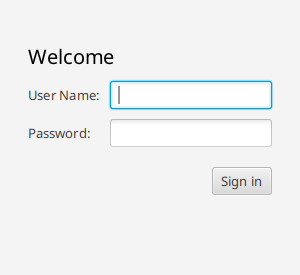
Repository: Naif6003/SDES_javafx
Program's window: java SDESjavafx/src/application/Main.java
The author's editor kept a copy of each file at every save. The program's window is drawn from the files as they stood at one save, then again after the next save.
It runs on Java 21 on a 1366 x 768 screen with JavaFX 11; the title bar is not drawn.

Above is the program's window before, as saved 2017-10-31 16:33:42.

### SDESjavafx/src/application/Main.java
package application;

import javafx.application.Application;
import javafx.event.ActionEvent;
import javafx.event.EventHandler;
import javafx.geometry.Insets;
import javafx.geometry.Pos;
import javafx.scene.Scene;
import javafx.scene.control.Button;
import javafx.scene.control.Label;
import javafx.scene.control.PasswordField;
import javafx.scene.control.TextField;
import javafx.scene.layout.GridPane;
import javafx.scene.layout.HBox;
import javafx.scene.paint.Color;
import javafx.scene.text.Font;
import javafx.scene.text.FontWeight;
import javafx.scene.text.Text;
import javafx.stage.Stage;


public class Main extends Application {

	public static void main(String[] args) {
		launch(args);
	}
	@Override
    public void start(Stage primaryStage) {

        primaryStage.setTitle("SDES");
        GridPane gd = new GridPane();
        gd.setAlignment(Pos.CENTER);
        gd.setHgap(10);
        gd.setVgap(10);
        gd.setPadding(new Insets(25, 25, 25, 25));


        Scene scene = new Scene(gd, 300, 275);
        primaryStage.setScene(scene);

        Text scenetitle = new Text("Welcome");
        scenetitle.setFont(Font.font("Tahoma", FontWeight.NORMAL, 20));
        gd.add(scenetitle, 0, 0, 2, 1);

        Label userName = new Label("User Name:");
        gd.add(userName, 0, 1);



        TextField userTextField = new TextField();
        gd.add(userTextField, 1, 1);

        Label pw = new Label("Password:");
        gd.add(pw, 0, 2);

        PasswordField pwBox = new PasswordField();
        gd.add(pwBox, 1, 2);


        Button btn = new Button("Sign in");
        HBox hbBtn = new HBox(10);
        hbBtn.setAlignment(Pos.BOTTOM_RIGHT);
        hbBtn.getChildren().add(btn);
        gd.add(hbBtn, 1, 4);

        final Text actiontarget = new Text();
        gd.add(actiontarget, 1, 6);

        btn.setOnAction(new EventHandler<ActionEvent>() {

            @Override
            public void handle(ActionEvent e) {
                actiontarget.setFill(Color.FIREBRICK);
                actiontarget.setText("Sign in button pressed");
                System.out.println(userTextField.getText());
            }
        });

        primaryStage.show();

    }
}

After the next save:
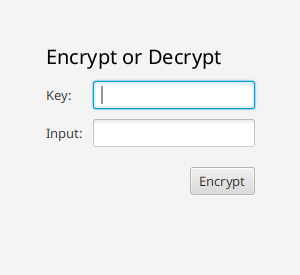
Saved 115 s later.
--- a/SDESjavafx/src/application/Main.java
+++ b/SDESjavafx/src/application/Main.java
@@ -38,11 +38,11 @@
         Scene scene = new Scene(gd, 300, 275);
         primaryStage.setScene(scene);
 
-        Text scenetitle = new Text("Welcome");
+        Text scenetitle = new Text("Encrypt or Decrypt");
         scenetitle.setFont(Font.font("Tahoma", FontWeight.NORMAL, 20));
         gd.add(scenetitle, 0, 0, 2, 1);
 
-        Label userName = new Label("User Name:");
+        Label userName = new Label("Key: ");
         gd.add(userName, 0, 1);
 
 
@@ -50,14 +50,14 @@
         TextField userTextField = new TextField();
         gd.add(userTextField, 1, 1);
 
-        Label pw = new Label("Password:");
+        Label pw = new Label("Input:");
         gd.add(pw, 0, 2);
 
         PasswordField pwBox = new PasswordField();
         gd.add(pwBox, 1, 2);
 
 
-        Button btn = new Button("Sign in");
+        Button btn = new Button("Encrypt");
         HBox hbBtn = new HBox(10);
         hbBtn.setAlignment(Pos.BOTTOM_RIGHT);
         hbBtn.getChildren().add(btn);
@@ -66,14 +66,14 @@
         final Text actiontarget = new Text();
         gd.add(actiontarget, 1, 6);
 
-        btn.setOnAction(new EventHandler<ActionEvent>() {
+        btn.setOnAction(e -> {
 
-            @Override
-            public void handle(ActionEvent e) {
-                actiontarget.setFill(Color.FIREBRICK);
-                actiontarget.setText("Sign in button pressed");
-                System.out.println(userTextField.getText());
-            }
+//            @Override
+//            public void handle(ActionEvent e) {
+//                actiontarget.setFill(Color.FIREBRICK);
+//                actiontarget.setText("Sign in button pressed");
+//                System.out.println(userTextField.getText());
+//            }
         });
 
         primaryStage.show();
